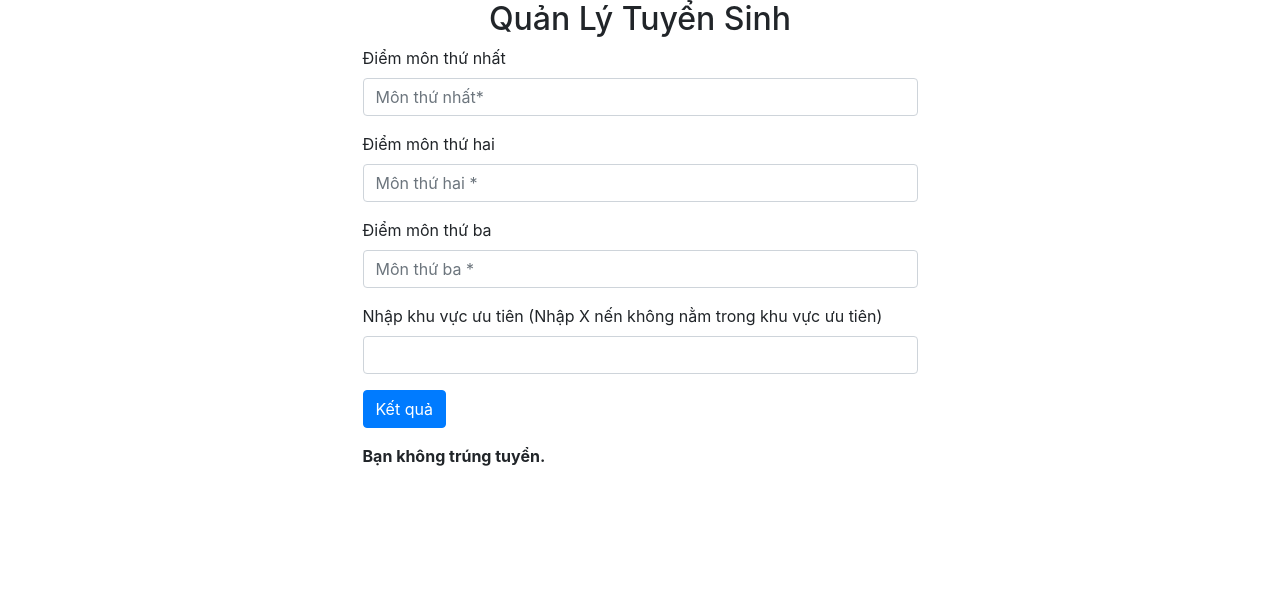
Repository: dovanthao2404/BC14_BaiTap_JS_Buoi_5_dovanthao
Page: html/bai1.html
An editor plug-in stored every save of this project. The page is shown before and after the next save, followed by the edit.
The browser window is 1280 px wide. The pictures show the whole page.

Above is the page before, as saved 2021-07-03 20:27:26.

After the next save:
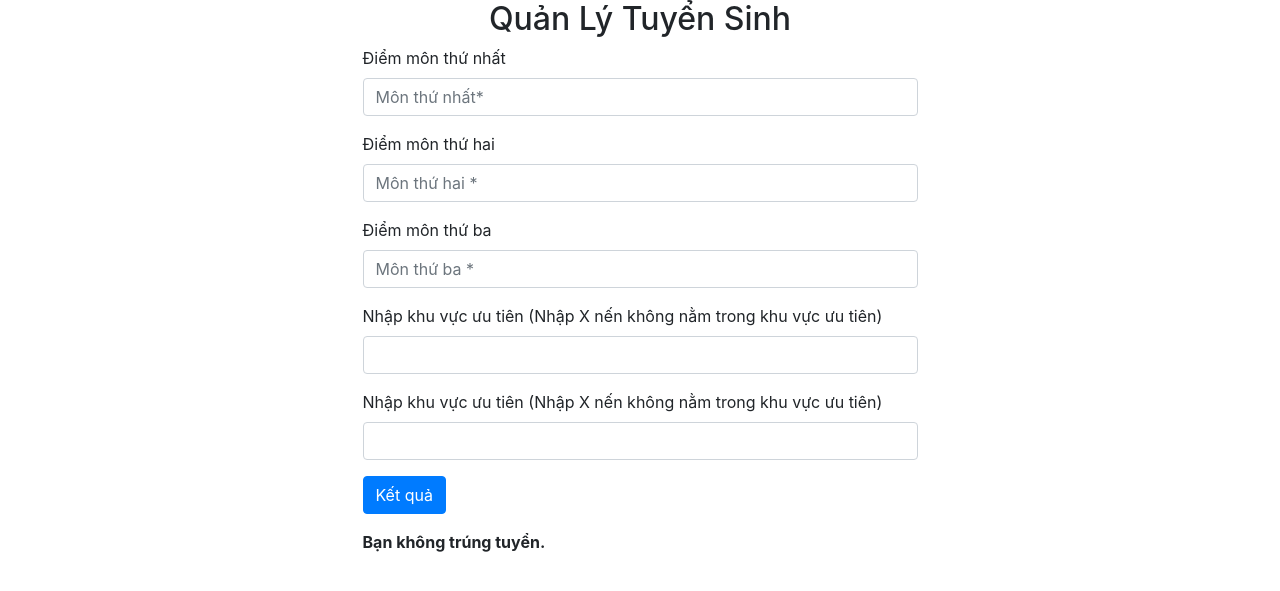
Saved 14 s later.
--- a/html/bai1.html
+++ b/html/bai1.html
@@ -40,6 +40,11 @@
           <input type="text" id="area" class="form-control">
           <span></span>
         </div>
+        <div class="form-group">
+          <label for="areaScores">Nhập khu vực ưu tiên (Nhập X nến không nằm trong khu vực ưu tiên)</label>
+          <input type="text" id="area" class="form-control">
+          <span></span>
+        </div>
         <button id="result" type="button" class="btn btn-primary">Kết quả</button>
       </form>
       <div class="mt-3 w-50 mx-auto">
